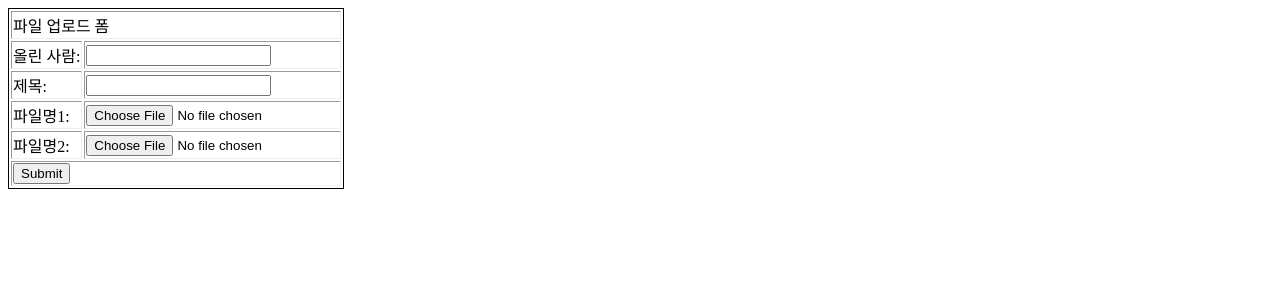
Repository: BancaKim/teamproject4
Page: http://localhost/JSP0503/JSP/fileUploadForm.jsp
The author's editor kept a copy of each file at every save. The page is drawn from the files as they stood at one save, then again after the next save.
The browser window is 1280 px wide. The pictures show the whole page.
The page is served by Tomcat 9.

Above is the page before, as saved 2024-05-03 01:12:21.

### JSP0503/src/main/webapp/JSP/fileUploadForm.jsp
<%@ page language="java" contentType="text/html; charset=UTF-8"
    pageEncoding="UTF-8"%>
<!DOCTYPE html>
<html>
<head>
<meta charset="UTF-8">
<title>Insert title here</title>
<style>
table {
border: 1px solid;
}
</style>
</head>
<body>

	<form>
		<table border="">
		<tr>
		<td colspan="2">파일 업로드 폼</td>
		</tr>
		<tr>
		<td>올린 사람:</td>
		<td><input type="text"></td>
		</tr>
		<tr>
		<td>제목:</td>
		<td><input type="text"></td>
		</tr>
		<tr>
		<td>파일명1:</td>
		<td><input type="file" name="filename"></td>
		</tr>
		<tr>
		<td>파일명2:</td>
		<td><input type="file" name="filename"></td>
		</tr>
		<tr>
		<td colspan="2"><input type="submit"></td>
		</tr>

		</table>
	</form>
</body>
</html>

After the next save:
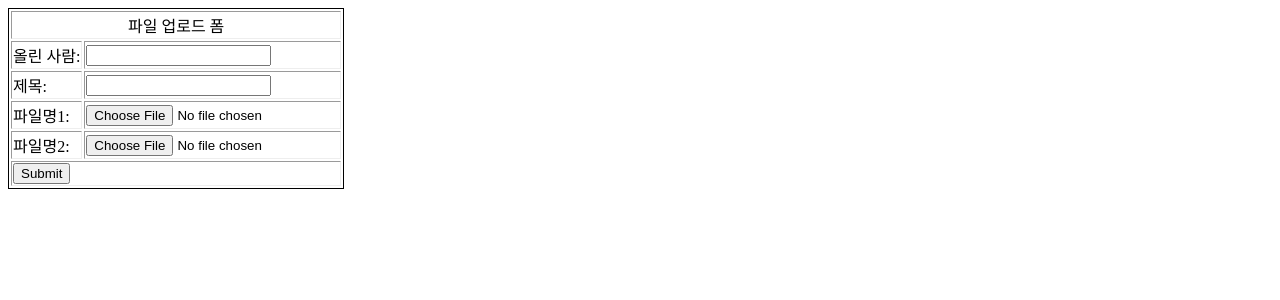
Saved 33 s later.
--- a/JSP0503/src/main/webapp/JSP/fileUploadForm.jsp
+++ b/JSP0503/src/main/webapp/JSP/fileUploadForm.jsp
@@ -9,6 +9,9 @@
 table {
 border: 1px solid;
 }
+#title {
+text-align:center;
+}
 </style>
 </head>
 <body>
@@ -16,7 +19,7 @@
 	<form>
 		<table border="">
 		<tr>
-		<td colspan="2">파일 업로드 폼</td>
+		<td colspan="2" id="title">파일 업로드 폼</td>
 		</tr>
 		<tr>
 		<td>올린 사람:</td>
